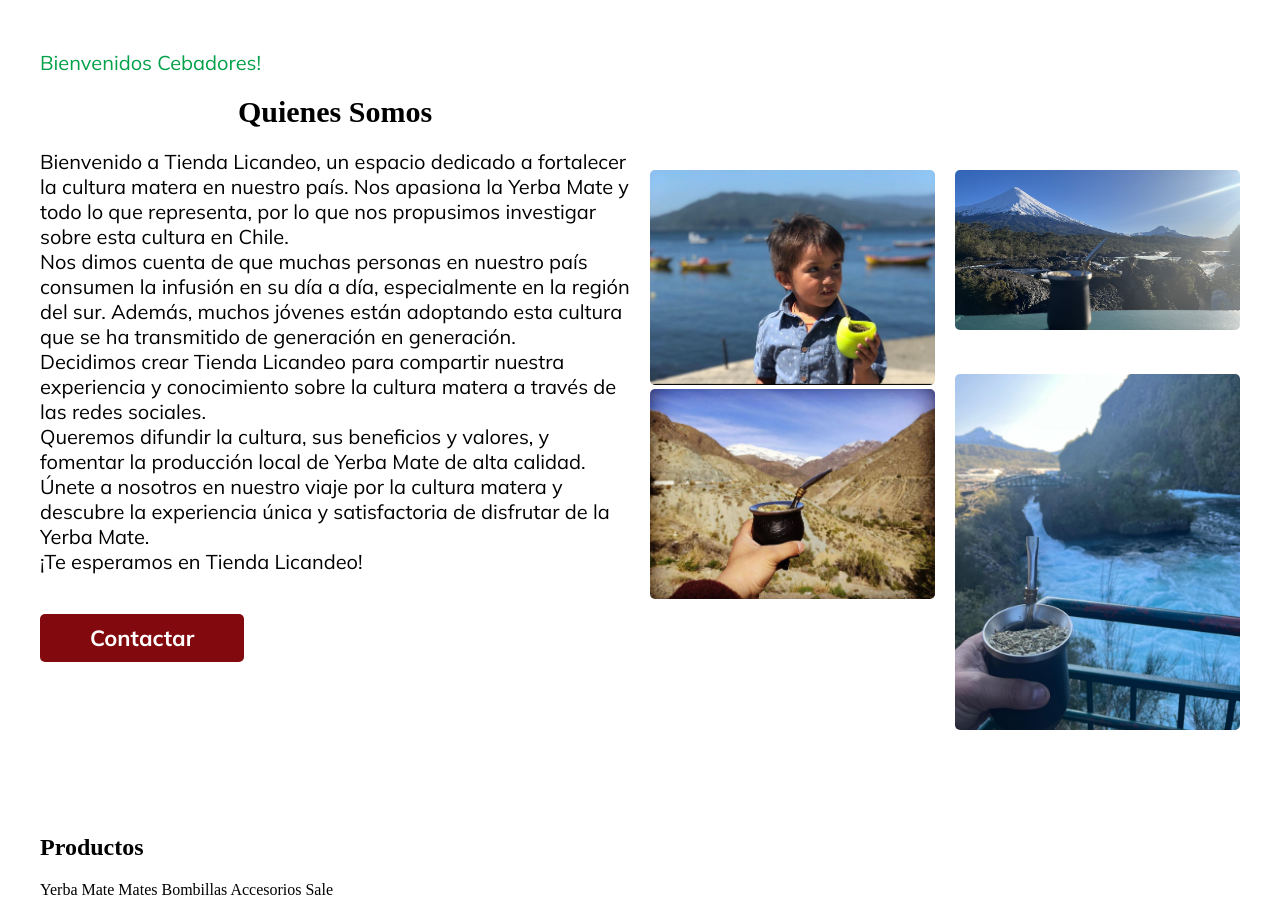
Repository: PiaTrujillo/LICANDEO-main
Page: index.html
These files come from the project's save history. The page is drawn as it stood at one moment and after the next save; the edit follows.
The browser window is 1280 px wide. The pictures show the part of the page from y = 748 to 1697 px (the page is 1657 px tall before and 1697 px after).
A picture or video elsewhere on the page could not be fetched, so the positions and the page height are approximate. Some web fonts or font styles are not loaded; a fallback is used. Some web libraries are served in a nearby version.

Above is the page before, as saved 2023-05-09 18:59:31.

After the next save:
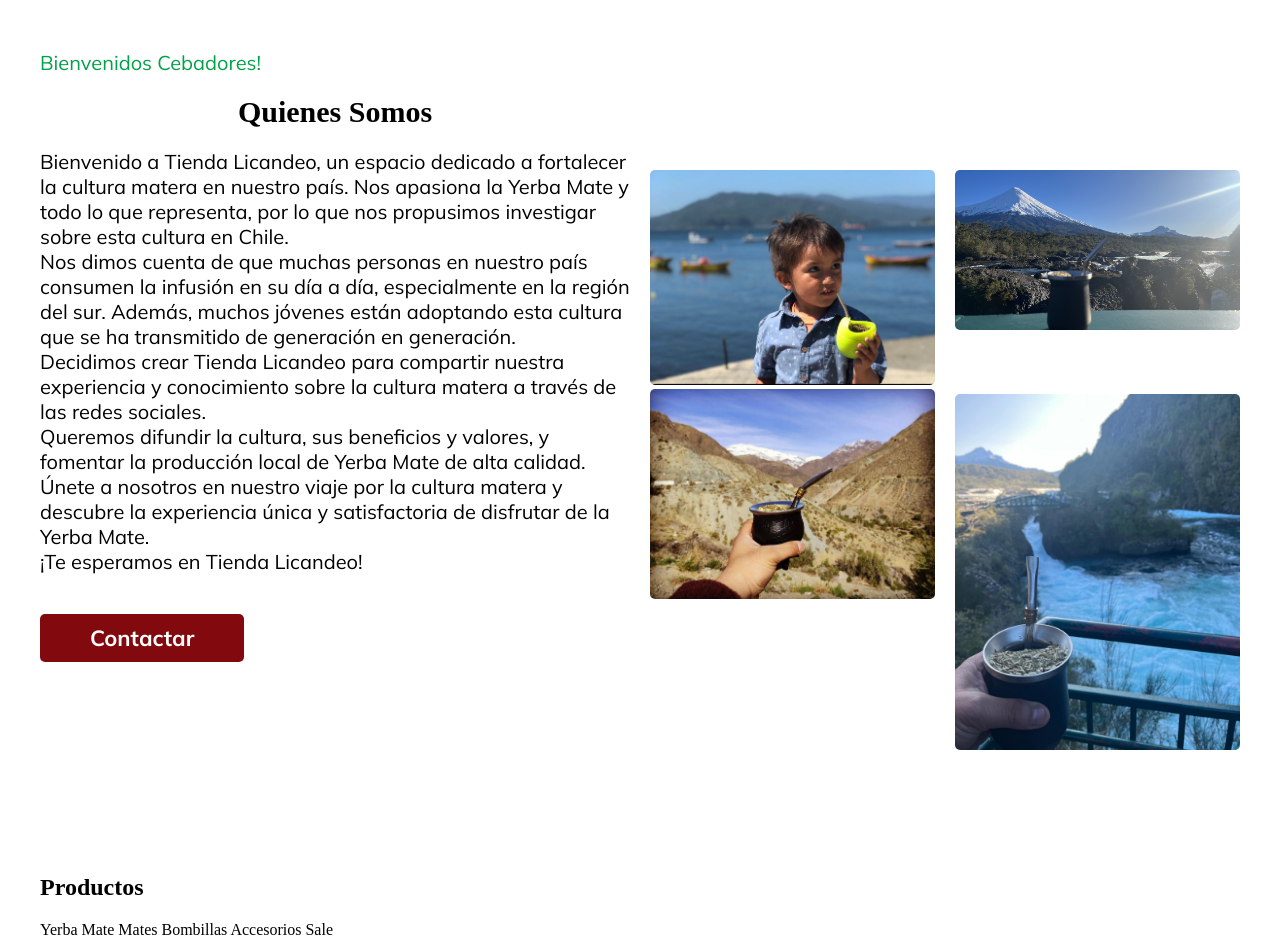
Saved 4 s later.
--- a/css/estilos.css
+++ b/css/estilos.css
@@ -289,5 +289,5 @@ video{
 }
 
 .imagenes2 img{
-    margin-bottom: 4rem;
-}
+    margin-bottom: 6rem;
+}
